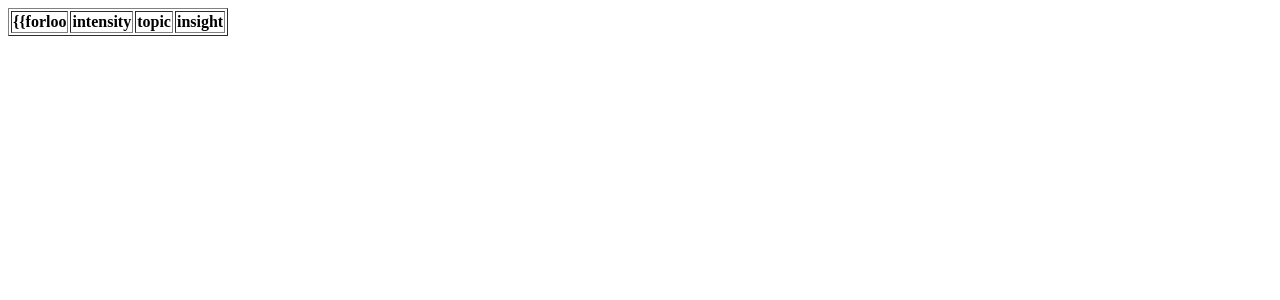
Repository: vijayholve/data-assignment
Page: http://localhost/
The author's editor kept a copy of each file at every save. The page is drawn from the files as they stood at one save, then again after a run of saves.
The browser window is 1280 px wide. The pictures show the whole page.
The page is served by the project's application, run on Django 5.2 (manage.py). Other server files are loaded and not shown. Queries for data that is not in the repository find no rows.

Above is the page before, as saved 2024-07-07 21:13:23.

### templates/base/home.html
<html>
    <body>
     <table border="1">
        <thead>
            <tr>
                <th>{{forloo</th>
                <th>intensity</th>
                    <th>topic</th>
                        <th>insight</th>
            </tr>
        </thead>
        <tbody>
     {% for item in data  %}
        <tr>
            <td>{{item.intensity}}</td>
            <td>{{item.topic}}</td>
            <td>{{item.insight}}</td>
        </tr>
    {% endfor %}
        </tbody>
</table>
    </body>
</html>

### app/views.py
from django.shortcuts import render
from .models import DataPoint
def home(request):
    data=DataPoint.objects.all()
    context={"data":data}
    return render(request,"base/home.html",context)

### assignment/urls.py
from django.contrib import admin
from django.urls import path,include

urlpatterns = [
    path('admin/', admin.site.urls),
    path("",include('app.urls')),
]

### app/urls.py
from django.urls import path, include
from . import views

urlpatterns = [
    path("",views.home,name="home"),
]

After the next 2 saves:
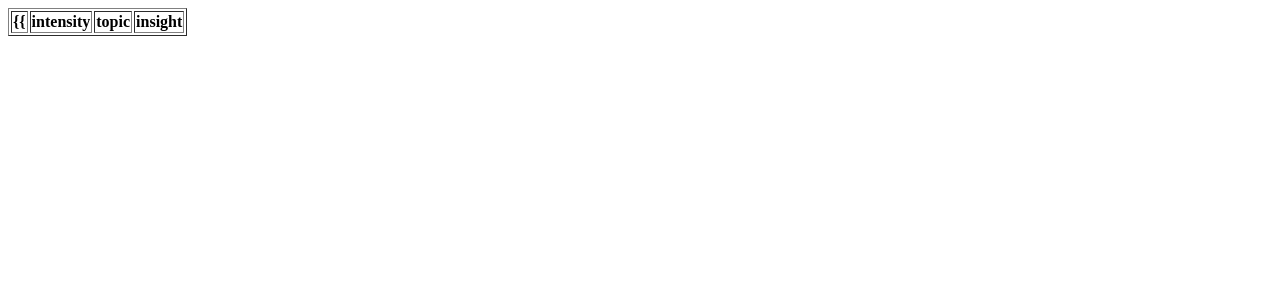
The 2 saves are shown as one change because they came seconds apart.
The last was saved 6 s later.
--- a/templates/base/home.html
+++ b/templates/base/home.html
@@ -3,7 +3,7 @@
      <table border="1">
         <thead>
             <tr>
-                <th>{{forloo</th>
+                <th>{{</th>
                 <th>intensity</th>
                     <th>topic</th>
                         <th>insight</th>
